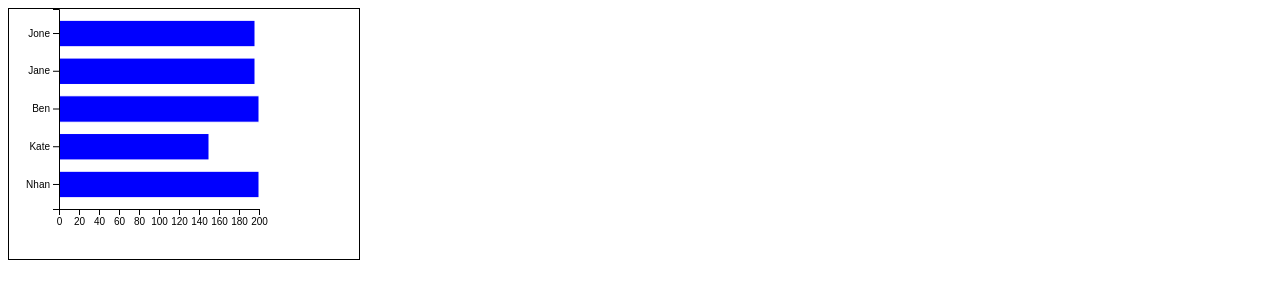
Repository: ducdatit2002/Data-Visualization-Coursera
Page: WEEK2/Demo/demo_adding_annotations.html
These files come from the project's save history. The page is drawn as it stood at one moment and after the next save; the edit follows.
The browser window is 1280 px wide. The pictures show the whole page.

Above is the page before, as saved 2023-10-07 00:19:51.

After the next save:
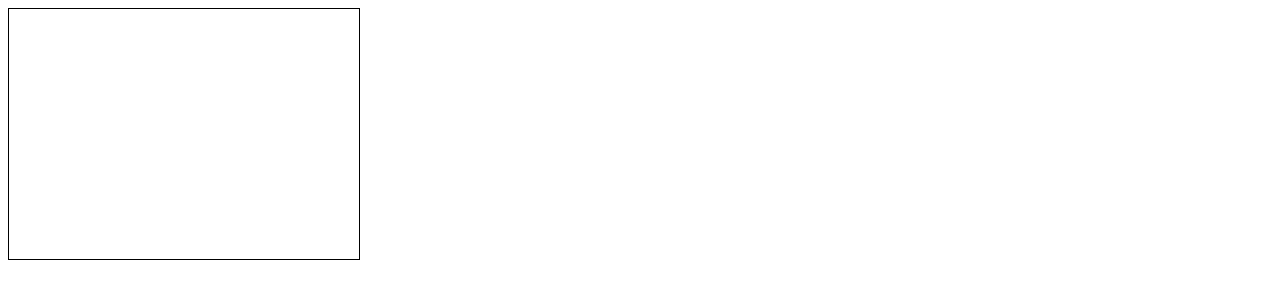
Console error: SyntaxError: Unexpected token ';'
Saved 24 s later.
--- a/WEEK2/Demo/demo_adding_annotations.html
+++ b/WEEK2/Demo/demo_adding_annotations.html
@@ -38,7 +38,7 @@
         .attr("height", scalePosition.bandwidth())
         .attr("y", (d) => scalePosition(d.Name));
 
-      let xAxis = d3.axisBottom(scale);
+      let xAxis = d3.axisBottom(scale).;
       d3.select("#xAxis").attr("transform", "translate(50,200)").call(xAxis);
 
       let yAxis = d3.axisLeft(scalePosition);

After the save that followed:
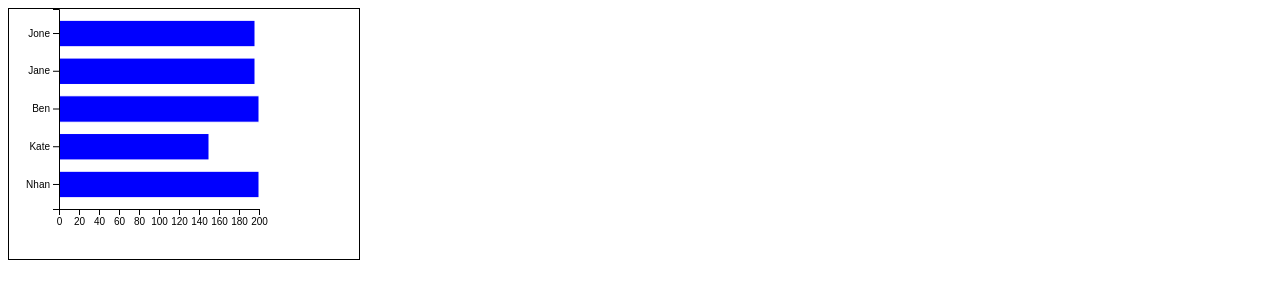
The error is gone.
Saved 4 s later.
--- a/WEEK2/Demo/demo_adding_annotations.html
+++ b/WEEK2/Demo/demo_adding_annotations.html
@@ -38,7 +38,7 @@
         .attr("height", scalePosition.bandwidth())
         .attr("y", (d) => scalePosition(d.Name));
 
-      let xAxis = d3.axisBottom(scale).;
+      let xAxis = d3.axisBottom(scale).ticks();
       d3.select("#xAxis").attr("transform", "translate(50,200)").call(xAxis);
 
       let yAxis = d3.axisLeft(scalePosition);
